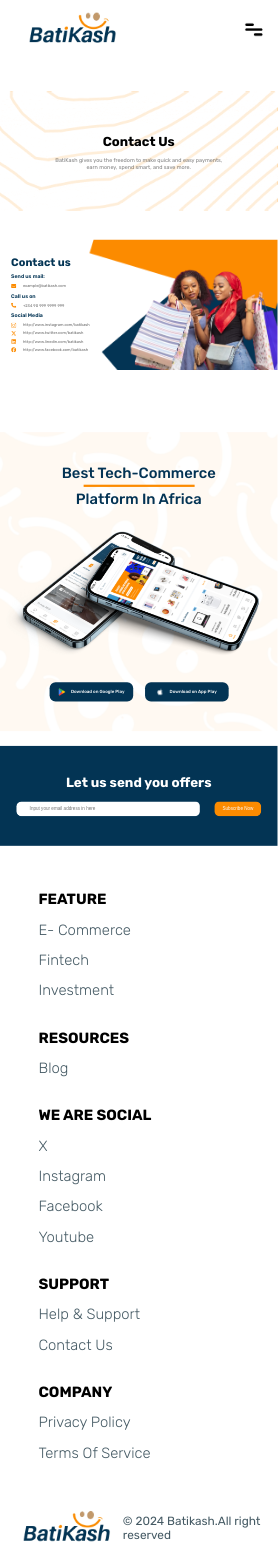
Repository: Batikashdev/batikash-website
Page: /contact
The author's editor kept a copy of each file at every save. The page is drawn from the files as they stood at one save, then again after the next save.
The browser window is 375 px wide. The pictures show the whole page, at 74% of full size.
The project was rebuilt for these pictures with package versions that can differ from the ones it lists, and the page was loaded fresh each time. Also part of the build but not shown: vite.config.js, src/App.css, src/pages/About.jsx, src/components/blog/blog.scss, src/components/blog/BlogPost.jsx, src/components/blog/Frame1.jsx, src/components/blog/dummydate.js, src/pages/Blog.jsx and 7 more.

Above is the page before, as saved 2024-06-23 01:14:38.

### index.html
<!doctype html>
<html lang="en">
  <head>
    <meta charset="UTF-8" />
    <link rel="icon" type="image/svg+xml" href="/vite.svg" />
    <meta name="viewport" content="width=device-width, initial-scale=1.0" />
    <title>BatiKash</title>
    <link rel="preconnect" href="https://fonts.googleapis.com">
<link rel="preconnect" href="https://fonts.gstatic.com" crossorigin>
<link href="https://fonts.googleapis.com/css2?family=Rubik:ital,wght@0,300..900;1,300..900&display=swap" rel="stylesheet">
  </head>
  <body>
    <div id="root"></div>
    <script type="module" src="/src/main.jsx"></script>
  </body>
</html>

### src/main.jsx
import React from 'react'
import ReactDOM from 'react-dom/client'
import App from './App.jsx'
import './index.css'
import { BrowserRouter } from 'react-router-dom'

ReactDOM.createRoot(document.getElementById('root')).render(
  <React.StrictMode>
    <BrowserRouter>
    <App />
    </BrowserRouter>
  </React.StrictMode>
)

### src/App.jsx
import { Route, Routes } from 'react-router-dom'
import './App.css'
import Layout from './Layout'
import About from './pages/About'
import Blog from './pages/Blog'
import Contact from './pages/Contact'
import Home from './pages/Home'
import Singlepost from './pages/Singlepost'
import Error from './pages/Error'


function App() {


  return (
  <div>
     <Routes>
        <Route path="/" element={<Layout />}>
          <Route index element={<Home />} />
          <Route path="/about" element={<About />} />
          <Route path="/contact" element={<Contact />} />
          <Route path="/blog" element={<Blog/>} />
          <Route path="/post:id/" element={<Singlepost />} />
          <Route path="/notfound" element={<Error/>} />
        </Route>
      </Routes>
  </div>
  )
}

export default App

### src/index.css
:root {
  font-family: rubik, sans-serif;
  color-scheme: light dark;
  font-synthesis: none;
  text-rendering: optimizeLegibility;
  -webkit-font-smoothing: antialiased;
  -moz-osx-font-smoothing: grayscale;
}


body {
  margin: 0;
  padding: 0;
}
html {
  margin: 0;
  padding: 0;
}
.link {
  text-decoration: none;
  color: inherit;
}

### src/Layout.jsx
import { Outlet } from "react-router-dom";
import Navbar from "./components/navbar/Navbar";
import BaseFrame from "./components/baseframe/BaseFrame";
import Footer from "./components/footer/Footer";

export default function Layout() {
  return (
    <>
      <Navbar/>
      <Outlet />
      <BaseFrame/>
      <Footer/>

    </>
  );
}

### src/pages/Contact.jsx
import Frame1 from "../components/contact/Frame1"
import Frame2 from "../components/contact/Frame2"


const Contact = () => {
  return (
    <div>
        <Frame1/>
        <Frame2/>
    </div>
  )
}

export default Contact

### src/components/navbar/Navbar.jsx
import "./navbar.scss";
import Logo from "../../assets/BATIKASH-LOGO.png"
import MenuBurger from "../../assets/Vector (1).png"
import { NavLink } from "react-router-dom";
import { useState } from "react";
import { IoCloseSharp } from "react-icons/io5";



const Navbar = () => {
  const [menubar, setMenubar] = useState(false)

  const openMenu = () => {
    setMenubar(!menubar)
  }


  return (
    <>
    <nav>
        <div className="left-nav">
          <NavLink to="/"> <img src={Logo} alt=""/></NavLink>
        </div>
        <div className="right-nav">

          <NavLink className="link" to="/"><a>Personal</a></NavLink>
          <NavLink  className="link" to="/about"><a>About Us</a></NavLink>
          <NavLink  className="link" to="/contact"><a>Contact Us</a></NavLink>
          <NavLink  className="link" to="/blog"><a>Blog</a></NavLink>
        </div>
    </nav>

    <div className="mobile-nav">
        <div className="left-nav">
          <NavLink to="/"> <img src={Logo} alt=""/></NavLink>
        </div>
        <div className="right-nav">
         <img src={MenuBurger} alt="" onClick={openMenu}/>
        </div>

        { menubar? <div className="sidebar">
          <div className="cancel"  onClick={openMenu}><IoCloseSharp/></div>

          <div className="sidebar-content">
          <NavLink className="link" to="/"><a>Personal</a></NavLink>
          <NavLink  className="link" to="/about"><a>About Us</a></NavLink>
          <NavLink  className="link" to="/contact"><a>Contact Us</a></NavLink>
          <NavLink  className="link" to="/blog"><a>Blog</a></NavLink>
          </div>

        </div> : ""}



    </div>
    </>
  )
}

export default Navbar

### src/components/baseframe/BaseFrame.jsx
import image1 from "../../assets/iPhone 12 Pro.png";
import playstore from "../../assets/svg.png";
import apple from "../../assets/apple.png";
import "./baseframe.scss";
import { Link } from "react-router-dom";

const BaseFrame = () => {
  return (
    <section className="baseframe" style={{padding:"40px 0px"}}>
      <div className="baseframe-content">
      <header>
        <p>Best Tech-Commerce </p>
        <hr></hr>
        <p>Platform In Africa</p>
      </header>

      <div className="baseframe-image">
        <img src={image1} alt="" />
      </div>

      <div className="download-btns">
        <Link className="link" to="/notfound">
        <div className="download-app">
          <img src={playstore} alt="" /> Download on Google Play
        </div>
        </Link>

        <Link className="link" to="/notfound">
        <div className="download-app">
          <img src={apple} alt="" /> Download on App Play
        </div>
        </Link>


      </div>

      </div>

    </section>
  );
};

export default BaseFrame;

### src/components/footer/Footer.jsx
import "./footer.scss"
import image1 from '../../assets/Group 5958.png'
import Logo from '../../assets/BATIKASH-LOGO.png'

const footer = () => {
  return (
    <footer>
        <div className="newsletter-footer">
            <div className="left-content">
                <img src={image1} alt=""/>
            </div>
            <div className="right-content">
                <h2>Let us send you offers</h2>
                <div className="input">
                    <input placeholder="Input your email address in here"/>
                    <button>Subscribe Now</button>
                </div>
            </div>
        </div>
        <div className="main-footer">
            <ul> FEATURE
                <li>E- Commerce</li>
                <li>Fintech</li>
                <li>Investment</li>
            </ul>

            <ul> RESOURCES
                <li>Blog</li>

            </ul>

            <ul> WE ARE SOCIAL
                <li>X</li>
                <li>Instagram</li>
                <li>Facebook</li>
                <li>Youtube</li>

            </ul>

            <ul> SUPPORT
                <li>Help & Support</li>
                <li>Contact Us</li>
            </ul>

            <ul> COMPANY
                <li>Privacy Policy</li>
                <li>Terms Of Service</li>

            </ul>


        </div>
        <div className="base-footer">
            <img src={Logo} alt=""/>
            <div className="copyright"> &copy; 2024 Batikash.All right reserved</div>


        </div>
    </footer>
  )
}

export default footer

### src/components/contact/Frame1.jsx
import "./contact.scss"

const Frame1 = () => {
  return (
    <div className="contact_wrapper">
    <div className="overlay">
        <div className="contact_frame1-content">
            <h1>Contact Us</h1>
            <p>BatiKash gives you the freedom to make quick and easy payments, <br/> earn money, spend smart, and save more.</p>
        </div>

     </div>
    </div>
  )
}

export default Frame1

### src/components/contact/Frame2.jsx

import "./contact.scss"
import image1 from "../../assets/Group 5986.png"
import { FaEnvelope, FaPhoneAlt, FaLinkedin, FaFacebook  } from "react-icons/fa";
import { BsInstagram } from "react-icons/bs";
import { FaXTwitter } from "react-icons/fa6";


const Frame2 = () => {
  return (
    <div className="contact-frame2_wrapper">
        <div className="left-content">
            <h2>Contact us</h2>
            <ul> Send us mail:
                <li>  <FaEnvelope className="icon"/> example@batikash.com</li>
            </ul>

            <ul> Call us on
                <li> <FaPhoneAlt  className="icon"/> +234 90 999 9999 999</li>
            </ul>

            <ul> Social Media
                <li><a href=""><BsInstagram  className="icon"/>http://www.instagram.com/batikash</a></li>
                <li><a href=""><FaXTwitter  className="icon"/>http://www.twitter.com/batikash</a></li>
                <li><a href="">< FaLinkedin  className="icon"/>http://www.linedin.com/batikash</a></li>
                <li><a href=""><FaFacebook  className="icon" />http://www.facebook.com/batikash</a></li>
            </ul>
        </div>
        <div className="right-content">
            <img src={image1} alt=""/>
        </div>
    </div>
  )
}

export default Frame2

### src/components/navbar/navbar.scss
nav {
    display: flex;
    justify-content: space-between;
    align-items: center;
    padding: 10px 30px;
    .left-nav {
        flex: 1;
    }
    .right-nav {
        display: flex;
        justify-content: flex-end;
        padding-right: 200px;
        font-size: 20px;
        font-weight: 400;
        flex: 1;
        gap: 50px;
        :active {
            color: #FC8B00;
        }

    }


}
.mobile-nav {
    display: none;
}

@media (max-width: 600px) {
    nav {
        display: none;
    }
    .mobile-nav {
        display: flex;
        justify-content: space-between;
        align-items: center;
        padding: 10px 20px;


        .right-nav {


        }

        .sidebar {
         background-color: #FFFFFF;
            position: absolute;
                right: 0;
                top: 0;
                width: 40vw;
                height: 100vh;
                padding: 20px 17px ;
                .cancel {

                    font-size: 40px;
                    width: 100%;
                    display: flex;
                    justify-content: flex-end;

                }
            .sidebar-content {
                display: flex;
                flex-direction: column;
                font-size: 17px;
                font-weight: 400;
                gap: 20px;
                margin-top: 10px;
                :active {
                    color: #FC8B00;
                }
            }
            }

    }


}

### src/components/baseframe/baseframe.scss
.baseframe {
    background: url(../../assets//basevec.png);
}
.baseframe-content {
    h1,h2,p,span {
        margin: 0;
    }
    display: flex;
    flex-direction: column;
    justify-content: center;
    align-items: center;
    width: fit-content;
    margin: 0 auto;
    gap: 20px;
    header {
        font-size: 50px;
        font-weight: 500;
        line-height: 75px;
    }

    .download-btns {
        display: flex;
        gap: 16px;
        //Plus Jakarta Sans
        div {
            display: flex;
            align-items: center;
            justify-content: center;
            width: 278px;
            height: 64px;
            border: none;
            border-radius: 8px;
            background: #033454;
            color: #FFFFFF;
            font-size: 16px;
            font-weight: 500;
            gap: 8px;
        }
    }
}

@media (max-width: 600px) {
    .baseframe-content {
        h1,h2,p,span {
            margin: 0;
        }
        display: flex;
        flex-direction: column;
        justify-content: center;
        align-items: center;
        width: fit-content;
        margin: 0 auto;
        gap: 20px;
        header {
            font-size: 20px;
            font-weight: 500;
            line-height: 30px;
        }

        .baseframe-image {
            img {
                width: 100%;
            }
        }

        .download-btns {
            display: flex;
            gap: 16px;
            //Plus Jakarta Sans
            div {
                display: flex;
                align-items: center;
                justify-content: center;
                width: 113px;
                height: 26px;
                border: none;
                border-radius: 8px;
                background: #033454;
                color: #FFFFFF;
                font-size: 6px;
                font-weight: 500;
                gap: 8px;
                img {
                    width: 10px;
                }
            }
        }
    }


}

### src/components/footer/footer.scss
footer {
    margin-top: 20px;
    .newsletter-footer {
        display: flex;
        align-items: center;
        justify-content: center;
        background: #033454;
        padding: 0px 80px;
        .left-content {
            flex: 1;
        }
        .right-content {
            flex: 2;
            display: flex;
            justify-content: center;
            align-items: center;
            flex-direction: column;
            h2 {
                font-size: 43px;
                font-weight: 700;
                line-height: 51px;
                color: #FFFFFF;
            }
            .input {
                width: 100%;
                height: 50px;
                overflow: hidden;
                display: flex;
                justify-content: space-between;
                border-radius: 7px;
                gap: 20px;

                input {
                    width: 100%;
                    border: none;
                    font-size: 14.22px;
                    font-weight: 400;
                    text-indent: 26px;
                    border-radius: 9.25px;
                    outline: none;
                }

                button {
                    width: 194px;
                    height: 100%;
                    background: #FC8B00;
                    border: none;
                    border-radius: 9.25px;
                    font-size: 14.22px;
                    color: #FFFFFF;
                }
            }
        }
    }

    .main-footer {
        display: flex;
        justify-content: space-between;
        font-size: 14.25px;
        padding: 40px 160px;
        ul {
            font-weight: 700;
            display: flex;
            flex-direction: column;
            gap: 17px;
            li {
                font-weight: 300;
                list-style: none;
                color: #455A64;
            }
        }
    }

    .base-footer {
        padding: 0px 160px;
        display: flex;
        align-items: center;
        justify-content: space-between;
        color: #455A64;
    }
}

@media (max-width: 600px) {
    h1,h2,p {
        margin: 0;
    }
    footer {
        margin-top: 20px;
        .newsletter-footer {
            display: flex;
            align-items: center;
            justify-content: center;
            background: #033454;
            padding: 40px 22px;

            .left-content {
                flex: 1;
                display: none;
            }
            .right-content {
                flex: 100%;
                display: flex;
                justify-content: center;
                align-items: center;
                flex-direction: column;
                gap: 14px;
                h2 {
                    font-size: 18px;
                    font-weight: 700;
                    line-height: 21px;
                    color: #FFFFFF;
                }
                .input {
                    width: 100%;
                    height: 20px;
                    overflow: hidden;
                    display: flex;
                    justify-content: space-between;
                    border-radius: 7px;
                    gap: 20px;

                    input {
                        width: 100%;
                        border: none;
                        font-size: 6.22px;
                        font-weight: 400;
                        text-indent: 16px;
                        border-radius: 6.25px;
                        outline: none;
                    }

                    button {
                        display: flex;
                        justify-content: center;
                        align-items: center;
                        width: 81px;
                        height: 100%;
                        background: #FC8B00;
                        border: none;
                        border-radius: 6.25px;
                        font-size: 6.22px;
                        color: #FFFFFF;
                    }
                }
            }
        }

        .main-footer {
            display: flex;
            flex-direction: column;
            justify-content: space-between;
            font-size: 20px;
            padding: 40px 12px;
            ul {
                font-weight: 700;
                display: flex;
                flex-direction: column;
                gap: 17px;

                li {
                    font-weight: 300;
                    list-style: none;
                    color: #455A64;
                    margin: 0;
                }
            }
        }

        .base-footer {
            padding: 0px 12px;
            display: flex;
            align-items: center;
            justify-content: space-between;

        }
    }

}

### src/components/contact/contact.scss
.contact_wrapper {
    margin-top: 40px;
    background: url("../../assets/Vector.png");
    height: 70vh;

    h1,h2,p {
        margin: 0px;
    }
    .overlay {
        background: rgba(255, 255, 255, 0.85);;
        width: 100%;
        height: 100%;
        display: flex;
        justify-content: center;
        align-items: center;
    }
    .contact_frame1-content {
        display: flex;
        flex-direction: column;
        gap: 31px;
        text-align: center;




        h1 {
            font-weight: 700;
            font-size: 60px;
            line-height: 90px;
        }
        p {
            font-weight: 400;
            font-size: 25px;
            line-height: 29px;
            color: rgba(0, 0, 0, 0.5);
        }

    }
}

//Frame-2 //

.contact-frame2_wrapper {
    display: flex;
    align-items: center;
    justify-content: space-between;
    padding: 40px 0px 40px 40px;
    color: #033454;
    h1,h2,p {
        margin: 0px;
    }
    .left-content {
        h2 {
            font-size: 50px;
            font-weight: 700;
            line-height: 60px;
            letter-spacing: 0.005em;


        }
        ul {
            font-weight: 600;
            font-size: 24px;
            line-height: 28px;
            margin-left: 0px;
            padding: 0px;
            display: flex;
            flex-direction: column;
            gap: 15px;


            li {
                display: flex;
                align-items: center;
                gap: 9px;
                font-weight: 400;
                font-size: 18px;
                line-height: 21.6px;
                text-decoration: none;
                list-style: none;
                color: rgba(0, 0, 0, 0.6);
                .icon {
                    font-size: 24px;
                    color: #FC8B00;
                }

                a {
                    text-decoration: none;
                    color: inherit;
                    display: flex;
                    align-items: center;
                    gap: 9px;

                }
            }
        }

    }
    .right-content {
     img {
        width: 100%;
     }

    }
}


@media (max-width: 600px) {
    .contact_wrapper {
        height: 20vh;
        .contact_frame1-content {
            gap: 9px;
            h1 {
                font-size: 17.56px;
                font-weight: 700;
                line-height: 26.35px;
            }
            p {
                font-size: 7.32px;
                font-weight: 400;
                line-height: 8.67px;

            }

        }
    }



    //Frame-2 //

.contact-frame2_wrapper {
    padding: 40px 0px 40px 15px;
    .left-content {
        h2 {
            font-size: 14.64px;
            font-weight: 700;
            line-height: 17.56px;
            letter-spacing: 0.005em;
        }
        ul {
            font-size: 7.03px;
            font-weight: 600;
            line-height: 8.43px;
            letter-spacing: 0.005em;
            gap: 4px;
            li {
                font-size: 5.27px;
                font-weight: 400;
                line-height: 6.32px;
                letter-spacing: 0.005em;
                color: rgba(0, 0, 0, 0.6);
                .icon {
                    font-size: 7px;
                    color: #FC8B00;
                }
            }
        }

    }

}

}

Loaded but not shown: src/components/homeweb/home.scss (457 lines, source omitted)

After the next save:
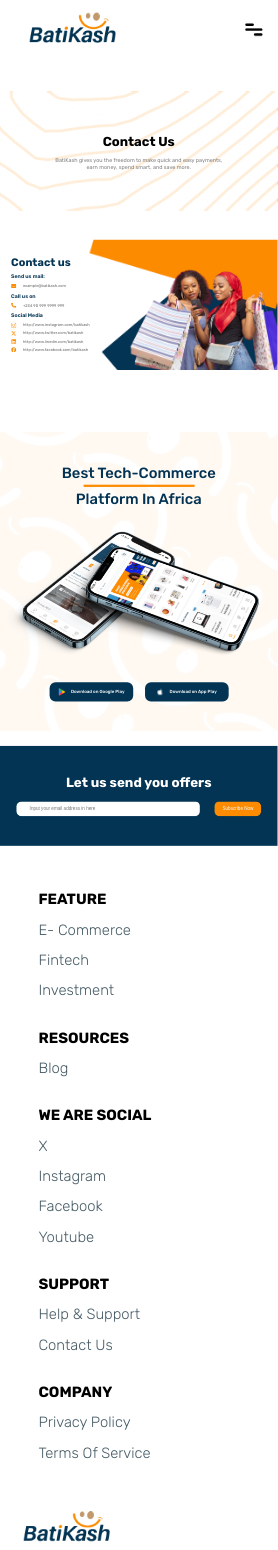
Saved 42 s later.
--- a/src/components/footer/footer.scss
+++ b/src/components/footer/footer.scss
@@ -171,7 +171,9 @@
             display: flex;
             align-items: center;
             justify-content: space-between;
-
+                .copyright {
+                    display: none;
+                }
         }
     }
 
